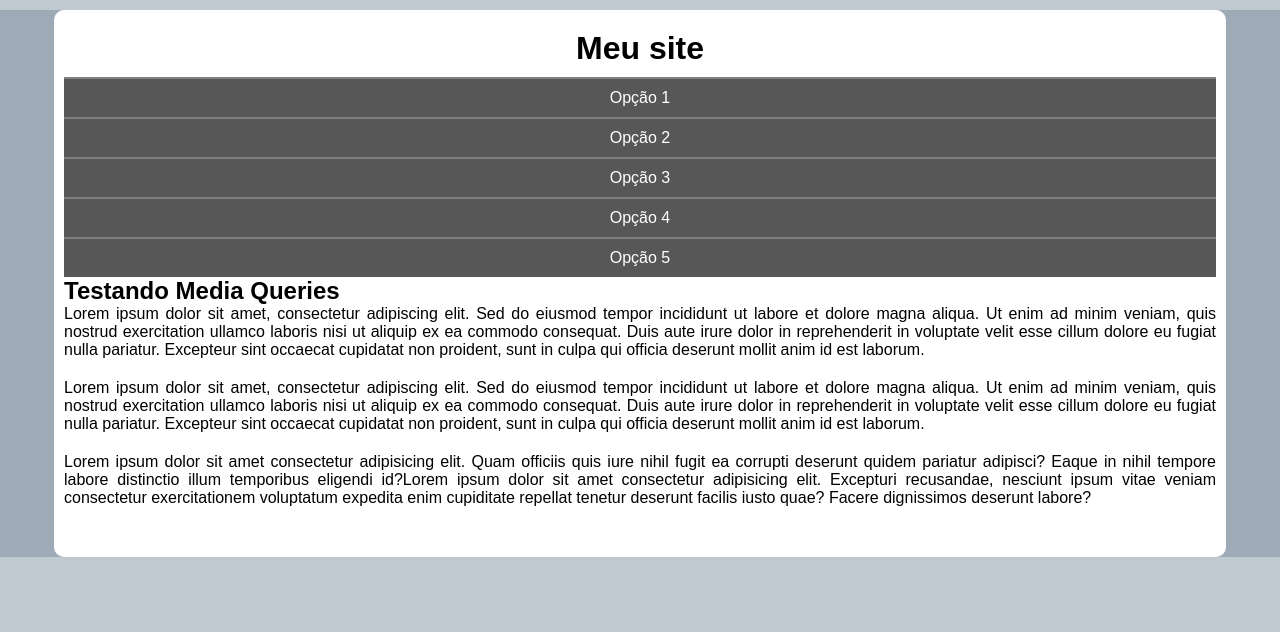
Repository: Sandro1969-tech/menu-hamburger
Page: index.html
These files come from the project's save history. The page is drawn as it stood at one moment and after a run of saves; the edit follows.
The browser window is 1280 px wide. The pictures show the whole page.

Above is the page before, as saved 2025-12-25 18:20:38.

After the next 2 saves:
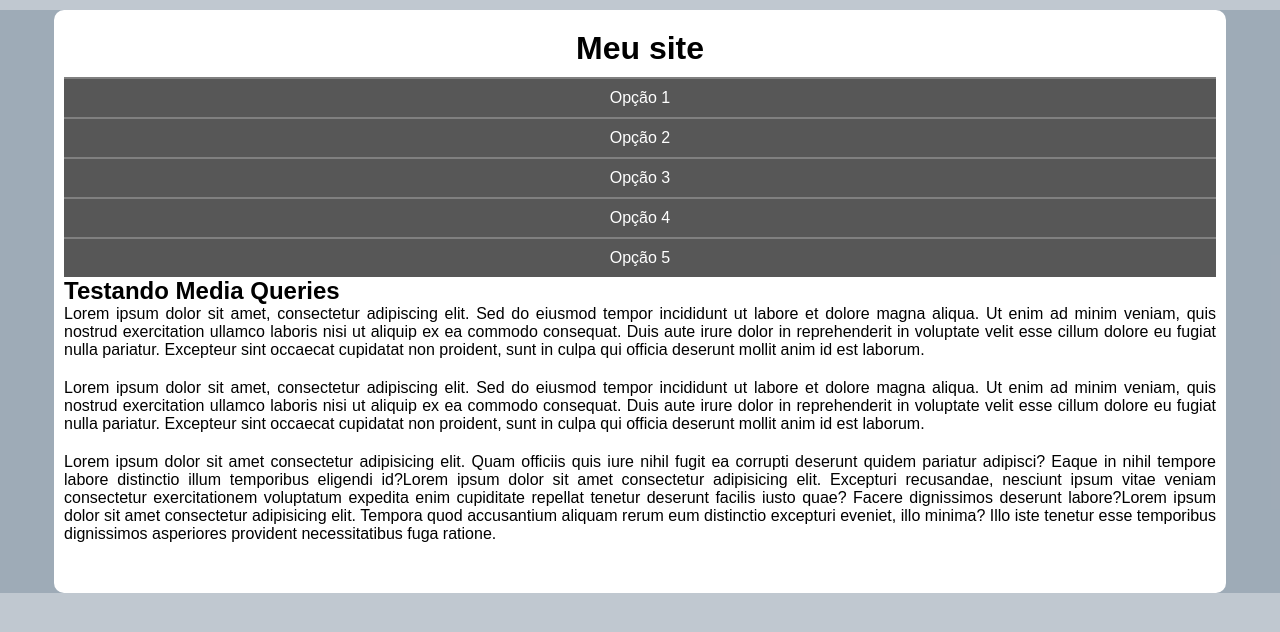
The 2 saves are shown as one change because they came seconds apart.
The last was saved 6 min 17 s later.
--- a/index.html
+++ b/index.html
@@ -23,7 +23,7 @@
                     <h2>Testando Media Queries</h2>
                     <p>Lorem ipsum dolor sit amet, consectetur adipiscing elit. Sed do eiusmod tempor incididunt ut labore et dolore magna aliqua. Ut enim ad minim veniam, quis nostrud exercitation ullamco laboris nisi ut aliquip ex ea commodo consequat. Duis aute irure dolor in reprehenderit in voluptate velit esse cillum dolore eu fugiat nulla pariatur. Excepteur sint occaecat cupidatat non proident, sunt in culpa qui officia deserunt mollit anim id est laborum.</p>
                     <p>Lorem ipsum dolor sit amet, consectetur adipiscing elit. Sed do eiusmod tempor incididunt ut labore et dolore magna aliqua. Ut enim ad minim veniam, quis nostrud exercitation ullamco laboris nisi ut aliquip ex ea commodo consequat. Duis aute irure dolor in reprehenderit in voluptate velit esse cillum dolore eu fugiat nulla pariatur. Excepteur sint occaecat cupidatat non proident, sunt in culpa qui officia deserunt mollit anim id est laborum.</p>
-                    <p> Lorem ipsum dolor sit amet consectetur adipisicing elit. Quam officiis quis iure nihil fugit ea corrupti deserunt quidem pariatur adipisci? Eaque in nihil tempore labore distinctio illum temporibus eligendi id?Lorem ipsum dolor sit amet consectetur adipisicing elit. Excepturi recusandae, nesciunt ipsum vitae veniam consectetur exercitationem voluptatum expedita enim cupiditate repellat tenetur deserunt facilis iusto quae? Facere dignissimos deserunt labore?</p>
+                    <p> Lorem ipsum dolor sit amet consectetur adipisicing elit. Quam officiis quis iure nihil fugit ea corrupti deserunt quidem pariatur adipisci? Eaque in nihil tempore labore distinctio illum temporibus eligendi id?Lorem ipsum dolor sit amet consectetur adipisicing elit. Excepturi recusandae, nesciunt ipsum vitae veniam consectetur exercitationem voluptatum expedita enim cupiditate repellat tenetur deserunt facilis iusto quae? Facere dignissimos deserunt labore?Lorem ipsum dolor sit amet consectetur adipisicing elit. Tempora quod accusantium aliquam rerum eum distinctio excepturi eveniet, illo minima? Illo iste tenetur esse temporibus dignissimos asperiores provident necessitatibus fuga ratione.</p>
                 </article>
     </main>
   </header>
